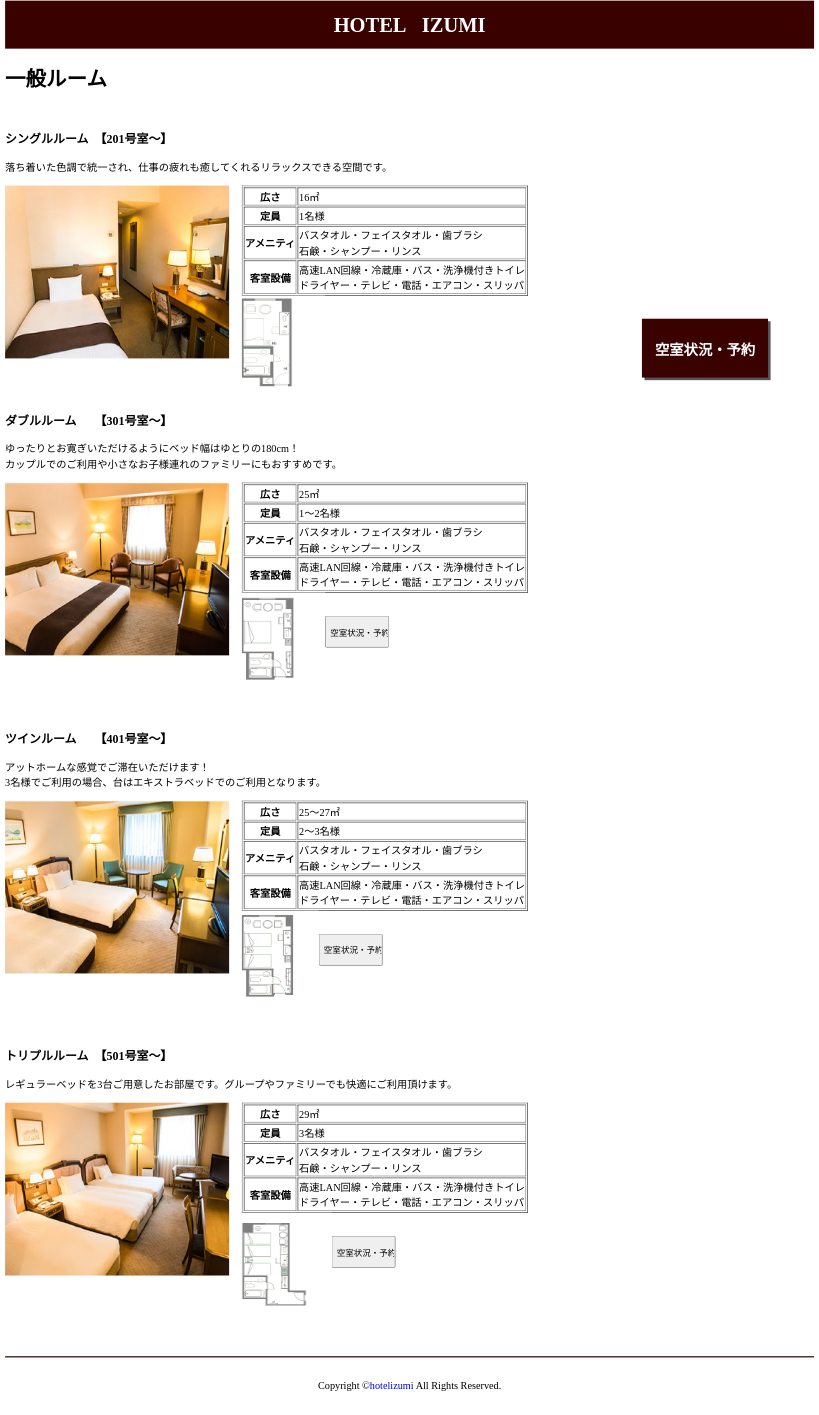
Repository: sep-dev/hotel_site
Page: http://localhost/HOTEL_IZUMI/general
An editor plug-in stored every save of this project. The page is shown before and after the next save, followed by the edit.
The browser window is 1280 px wide. The pictures show the whole page, at 64% of full size.
The page is served by Tomcat 9.

Above is the page before, as saved 2016-05-25 04:49:13.

After the next save:
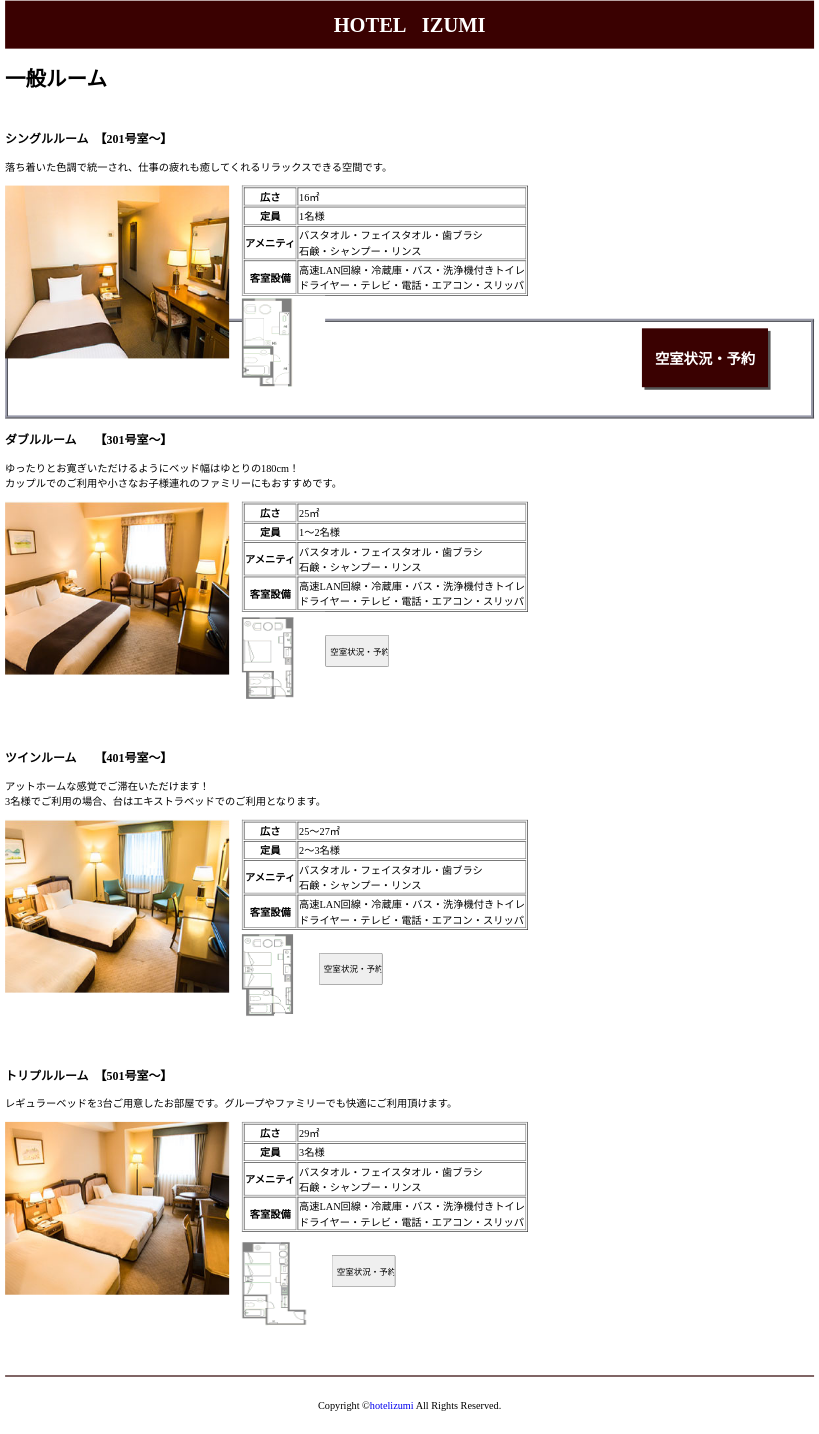
Saved 88 s later.
--- a/HOTEL_IZUMI/src/main/webapp/WEB-INF/views/general.jsp
+++ b/HOTEL_IZUMI/src/main/webapp/WEB-INF/views/general.jsp
@@ -50,9 +50,9 @@
       </table>
 
       <img src="./resources/picture/ph01_shw1.png" alt="間取り図" width="130" height="146" align="left" ><br><br>
-
+<div id="oneset">
       <button class="button2" type="submit" style="position: absolute; right: 80px;">空室状況・予約</button><br><br><br><br><br><br><br>
-
+</div>
       <h3>ダブルルーム　　【301号室～】</h3>
       ゆったりとお寛ぎいただけるようにベッド幅はゆとりの180cm！<br>カップルでのご利用や小さなお子様連れのファミリーにもおすすめです。<br><br>
       <div class="example">

After the save that followed:
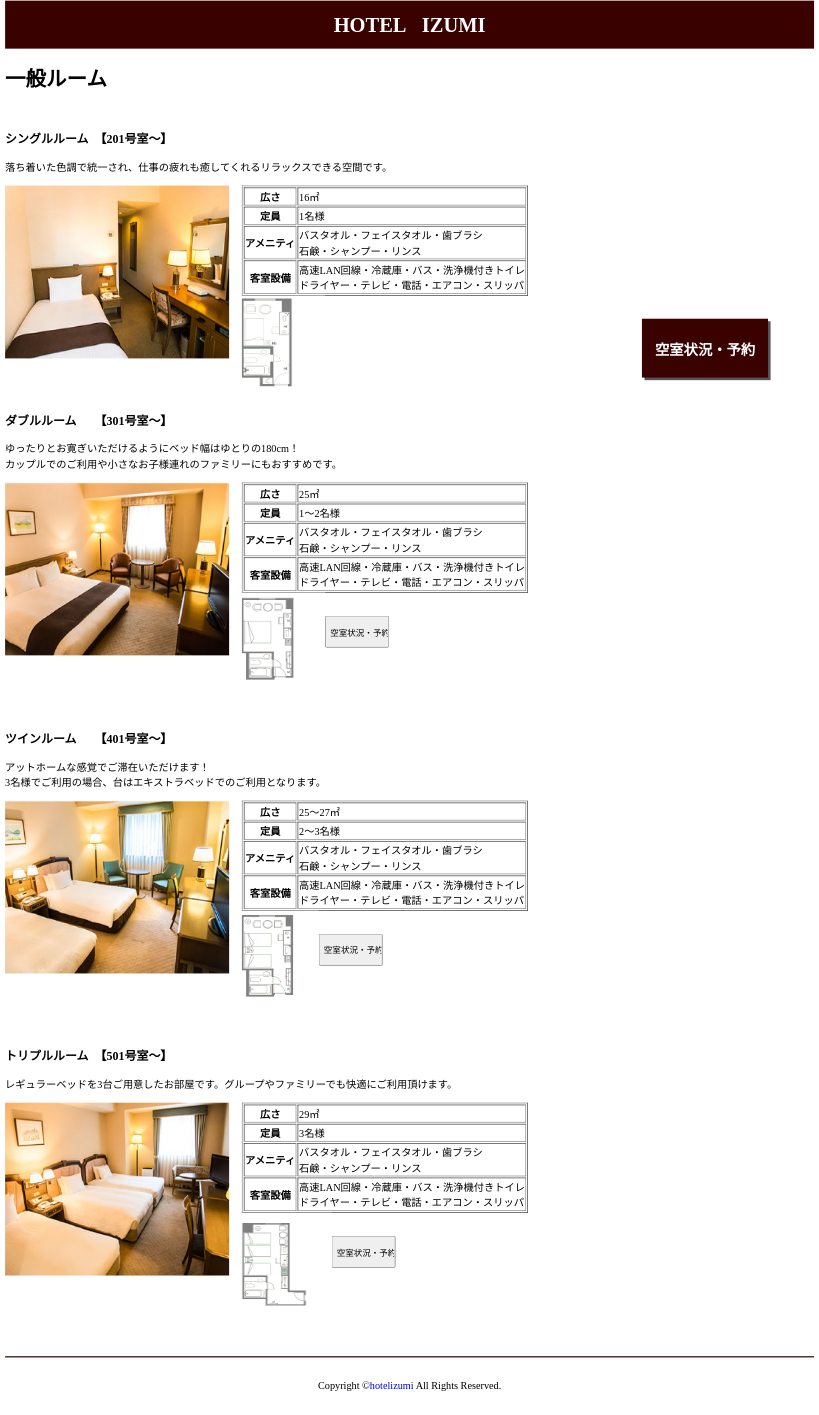
Saved 12 s later.
--- a/HOTEL_IZUMI/src/main/webapp/WEB-INF/views/general.jsp
+++ b/HOTEL_IZUMI/src/main/webapp/WEB-INF/views/general.jsp
@@ -50,9 +50,9 @@
       </table>
 
       <img src="./resources/picture/ph01_shw1.png" alt="間取り図" width="130" height="146" align="left" ><br><br>
-<div id="oneset">
+
       <button class="button2" type="submit" style="position: absolute; right: 80px;">空室状況・予約</button><br><br><br><br><br><br><br>
-</div>
+
       <h3>ダブルルーム　　【301号室～】</h3>
       ゆったりとお寛ぎいただけるようにベッド幅はゆとりの180cm！<br>カップルでのご利用や小さなお子様連れのファミリーにもおすすめです。<br><br>
       <div class="example">
